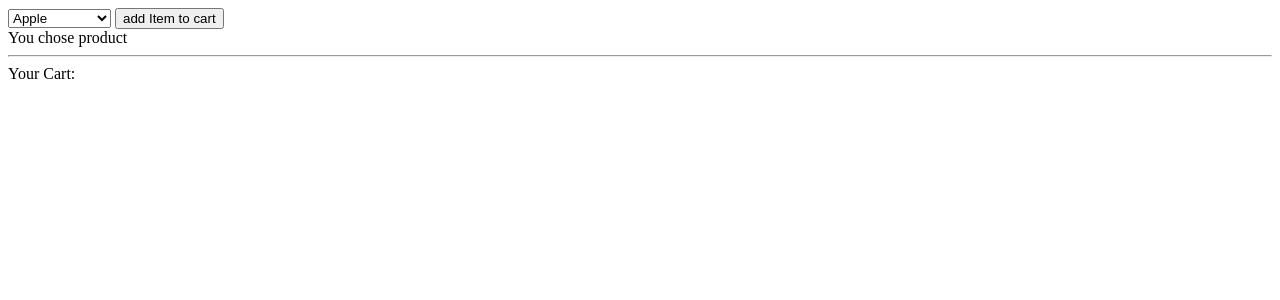
Repository: charlieactor/Skill-Distillery
Page: http://localhost/ShoppingCart/
The author's editor kept a copy of each file at every save. The page is drawn from the files as they stood at one save, then again after a run of saves.
The browser window is 1280 px wide. The pictures show the whole page.
The page is served by Tomcat 9. Other server files are loaded and not shown.

Above is the page before, as saved 2017-07-11 16:29:46.

### workspace/ShoppingCart/WebContent/WEB-INF/products.txt
1, "Apple", 1.09
2, "Orange", 2.99
3, "Pomegranate", 3.09
4, "Giraffe", 1209.23
5, "Frog", 15.09
6, "Bird", 31.09
7, "Maserati", 11111.09
8, "Fuji Apple", 1.99
9, "Banana", 0.99

### workspace/ShoppingCart/WebContent/WEB-INF/cart.jsp
<%@ page language="java" contentType="text/html; charset=UTF-8"
    pageEncoding="UTF-8"%>
    <%@ taglib uri="http://java.sun.com/jsp/jstl/core" prefix="c" %>
    <%@ taglib uri="http://java.sun.com/jsp/jstl/fmt" prefix="fmt" %>
<!DOCTYPE html PUBLIC "-//W3C//DTD HTML 4.01 Transitional//EN" "http://www.w3.org/TR/html4/loose.dtd">
<html>
<head>
<meta http-equiv="Content-Type" content="text/html; charset=UTF-8">
<title>Shopping Cart</title>
</head>
<body>
 <form action="addItem.do" method="POST">
  <select name="productId">
   <c:forEach var="product" items="${inventory}">
   	<option value="${product.productID}">${product.name}</option>
   </c:forEach>

  </select>
  <input type="submit" value="add Item to cart">
 </form>
 You chose product ${product.name}
 <hr>
 Your Cart: <br>
 <ul>
  <c:forEach var="item" items="${cart}">
   <li>${item.name} (${item.price})</li>
  </c:forEach>
 </ul>
</body>
</html>

### workspace/ShoppingCart/src/web/CartServlet.java
package web;

import java.io.IOException;
import java.io.PrintWriter;
import java.util.ArrayList;
import java.util.List;

import javax.servlet.ServletException;
import javax.servlet.http.HttpServlet;
import javax.servlet.http.HttpServletRequest;
import javax.servlet.http.HttpServletResponse;

import data.Product;
import data.ProductDao;
import data.ProductDaoFileImpl;

public class CartServlet extends HttpServlet {
	ProductDao dao;
	List<Product> cart = new ArrayList<>();

	@Override
	protected void doGet(HttpServletRequest req, HttpServletResponse resp) throws ServletException, IOException {
		this.doPost(req, resp);
	}

	@Override
	protected void doPost(HttpServletRequest req, HttpServletResponse resp) throws ServletException, IOException {
		String prodIDString = req.getParameter("productId");
		Product prod = null;
		if (prodIDString != null) {
			prod = dao.getProductById(Integer.parseInt(prodIDString));
			if (prod != null) {
				cart.add(prod);
			}
		}

		req.setAttribute("product", prod);
		req.setAttribute("inventory", dao.getAllProducts());
		req.setAttribute("cart", cart);

		this.getServletContext().getRequestDispatcher("/WEB-INF/cart.jsp").forward(req, resp);

	}

	@Override
	public void init() {
		// dao = new ProductDaoMemoryImpl();
		dao = new ProductDaoFileImpl(this.getServletContext());
	}

}

### workspace/ShoppingCart/src/data/ProductDaoFileImpl.java
package data;

import java.io.BufferedReader;
import java.io.IOException;
import java.io.InputStream;
import java.io.InputStreamReader;
import java.util.ArrayList;
import java.util.HashMap;
import java.util.List;
import java.util.Map;

import javax.servlet.ServletContext;

public class ProductDaoFileImpl implements ProductDao {

	Map<Integer, Product> inventory = new HashMap<>();

	@Override
	public Product getProductById(int id) {
		return inventory.get(id);
	}

	@Override
	public List<Product> getAllProducts() {
		return new ArrayList<Product> (inventory.values());
	}

	public ProductDaoFileImpl(ServletContext context) {
		loadProductsFromFile(context, "WEB-INF/products.txt");
	}

	private void loadProductsFromFile(ServletContext context, String fileName) {
		InputStream is = context.getResourceAsStream(fileName);
		InputStreamReader isr = new InputStreamReader(is);
		BufferedReader buf = new BufferedReader(isr);
		String line;
		try {
			while ((line = buf.readLine()) != null) {
				String[] stringArr = line.split(", ");
				int id = Integer.parseInt(stringArr[0]);
				double price = Double.parseDouble(stringArr[2]);
				String name = stringArr[1].substring(1, stringArr[1].length()-1);
				Product p = new Product(id, name, price);
				inventory.put(id, p);
			}
			buf.close();
		} catch (IOException ioe) {
			ioe.printStackTrace();
		}

	}

}

### workspace/ShoppingCart/src/data/Product.java
package data;

public class Product {
	int productID;
	String name;
	double price;

	public Product() {
	}

	public int getProductID() {
		return productID;
	}
	public void setProductID(int productID) {
		this.productID = productID;
	}
	public String getName() {
		return name;
	}
	public void setName(String name) {
		this.name = name;
	}
	public double getPrice() {
		return price;
	}
	public void setPrice(double price) {
		this.price = price;
	}
	@Override
	public String toString() {
		return "Product [productID=" + productID + ", name=" + name + ", price=" + price + "]";
	}
	@Override
	public int hashCode() {
		final int prime = 31;
		int result = 1;
		result = prime * result + ((name == null) ? 0 : name.hashCode());
		long temp;
		temp = Double.doubleToLongBits(price);
		result = prime * result + (int) (temp ^ (temp >>> 32));
		result = prime * result + productID;
		return result;
	}
	@Override
	public boolean equals(Object obj) {
		if (this == obj)
			return true;
		if (obj == null)
			return false;
		if (getClass() != obj.getClass())
			return false;
		Product other = (Product) obj;
		if (name == null) {
			if (other.name != null)
				return false;
		} else if (!name.equals(other.name))
			return false;
		if (Double.doubleToLongBits(price) != Double.doubleToLongBits(other.price))
			return false;
		if (productID != other.productID)
			return false;
		return true;
	}
	public Product(int productID, String name, double price) {
		super();
		this.productID = productID;
		this.name = name;
		this.price = price;
	}



}

After the next 2 saves:
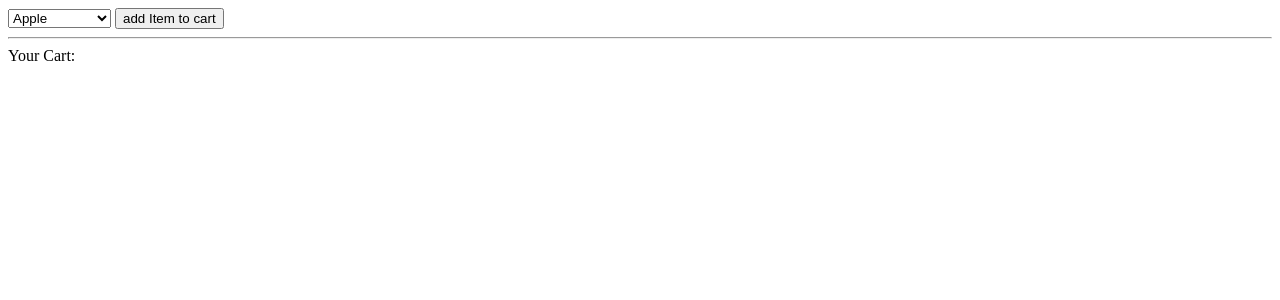
The 2 saves are shown as one change because 1 did not build or start.
The last was saved 28 min 50 s later.
--- a/workspace/ShoppingCart/WebContent/WEB-INF/cart.jsp
+++ b/workspace/ShoppingCart/WebContent/WEB-INF/cart.jsp
@@ -18,7 +18,9 @@
   </select>
   <input type="submit" value="add Item to cart">
  </form>
+ <c:if test="${prdouct != null}">
  You chose product ${product.name}
+ </c:if>
  <hr>
  Your Cart: <br>
  <ul>
